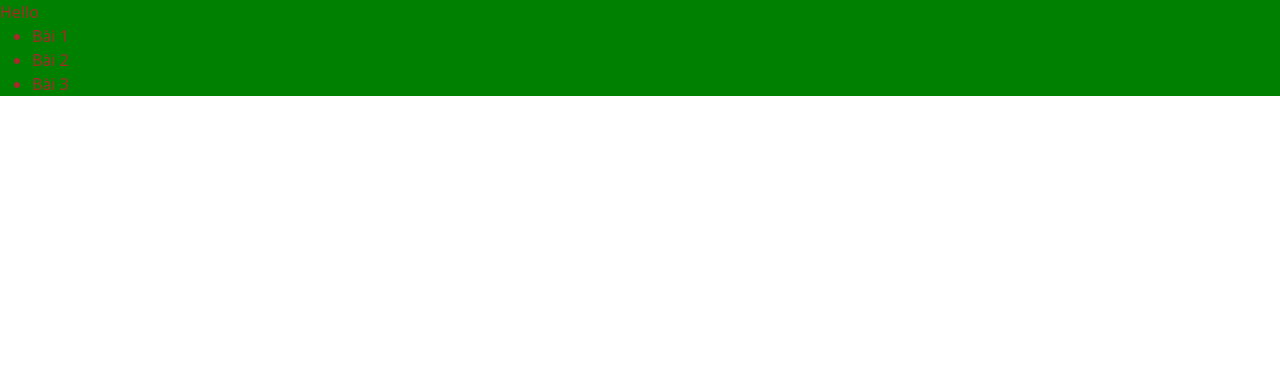
Repository: HuynhDuc23/learn__javascript__basic
Page: lab19/dom.html
An editor plug-in stored every save of this project. The page is shown before and after the next save, followed by the edit.
The browser window is 1280 px wide. The pictures show the whole page.

Above is the page before, as saved 2024-01-10 09:43:37.

After the next save:
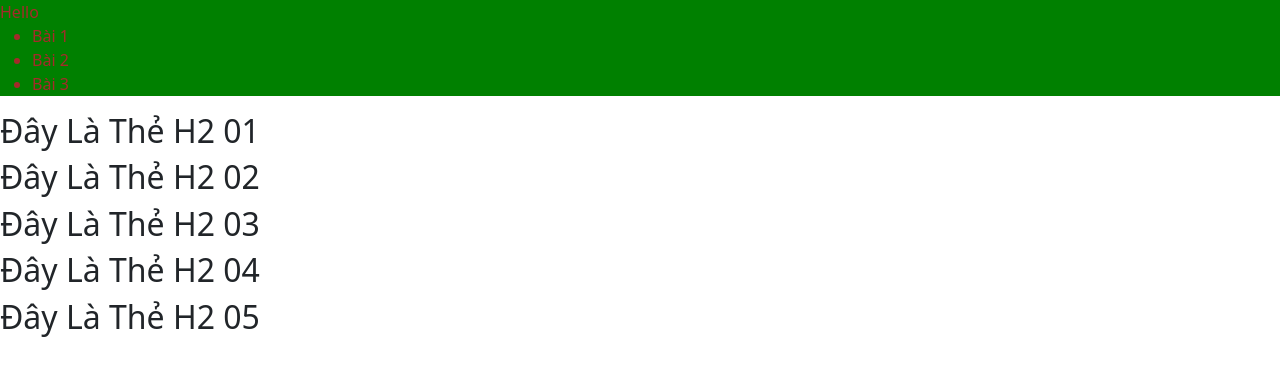
Saved 9 min 35 s later.
--- a/lab19/dom.html
+++ b/lab19/dom.html
@@ -21,6 +21,11 @@
         <li>Bài 2 </li>
         <li>Bài 3 </li>
      </ul>
+     <h2>Đây Là Thẻ H2 01</h2>
+     <h2>Đây Là Thẻ H2 02</h2>
+     <h2>Đây Là Thẻ H2 03</h2>
+     <h2>Đây Là Thẻ H2 04</h2>
+     <h2>Đây Là Thẻ H2 05</h2>
     <script>
        var box = document.getElementById("box");
        console.log(box)
